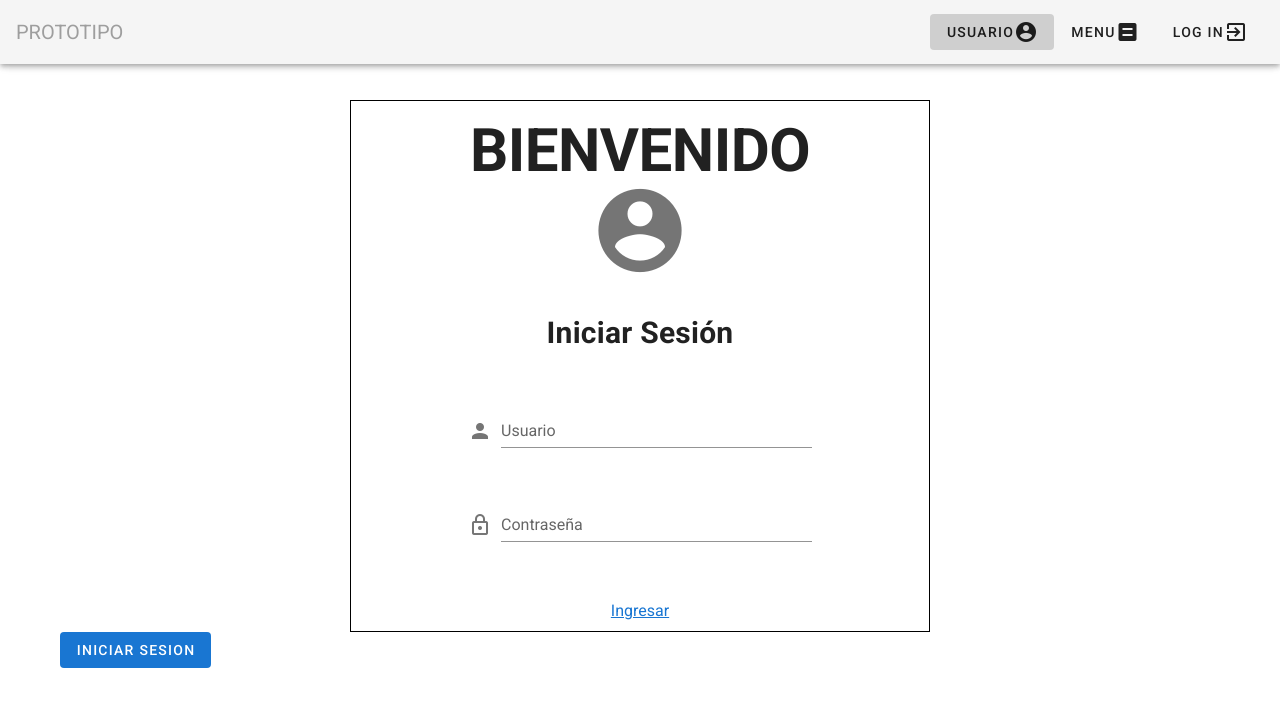
Repository: YojayDeHorta/Administrador-con-filtros
Page: /
An editor plug-in stored every save of this project. The page is shown before and after a run of saves, followed by the edit.
The browser window is 1280 px wide. The pictures show the whole page.
The project was rebuilt for these pictures with package versions that can differ from the ones it lists, and the page was loaded fresh each time. Also part of the build but not shown: vue.config.js, src/components/Login.vue, src/views/Options.vue, src/components/Filtro.vue, src/components/CrudClientes.vue, src/views/Filter.vue.

Above is the page before, as saved 2021-09-25 16:55:37.

### public/index.html
<!DOCTYPE html>
<html lang="en">

<head>
    <meta charset="utf-8">
    <meta http-equiv="X-UA-Compatible" content="IE=edge">
    <meta name="viewport" content="width=device-width,initial-scale=1.0">
    <link rel="icon" href="<%= BASE_URL %>favicon.ico">
    <title>
        <%= htmlWebpackPlugin.options.title %>
    </title>
    <link rel="stylesheet" href="https://fonts.googleapis.com/css?family=Roboto:100,300,400,500,700,900">
    <link rel="stylesheet" href="https://cdn.jsdelivr.net/npm/@mdi/font@latest/css/materialdesignicons.min.css">
</head>

<body>
    <noscript>
        <strong>We're sorry but
            <%= htmlWebpackPlugin.options.title %> doesn't work properly without JavaScript enabled. Please enable it to continue.</strong>
    </noscript>
    <div id="app"></div>
    <!-- built files will be auto injected -->
</body>

</html>

### src/main.js
import Vue from 'vue'
import App from './App.vue'
import router from './router'
import store from './store'
import vuetify from './plugins/vuetify'
import axios from 'axios'
import VueAxios from 'vue-axios'

Vue.use(VueAxios, axios)

//lenguaje

Vue.config.productionTip = false
/*
new Vue({
  router,
  store,
  vuetify,
  render: h => h(App)
}).$mount('#app')*/

new Vue({
  router,
  store,
  vuetify,
  render: h => h(App),
  /*created() {
    // Prevent blank screen in Electron builds
    this.$router.push('/')
  }*/
}).$mount('#app')

### src/App.vue
<template>
  <v-app>
    <Navbar :adminVerification="adminVerification" @escuchar="cambioAdmin"></Navbar>
  <v-main>
    <!-- <Crud :adminVerification="adminVerification" ></Crud> -->

      <router-view/>
  </v-main>
  </v-app>
</template>

<script>
import Navbar from './components/Navbar';
export default {
  name: 'App',
  components: {
    Navbar,

  },mounted() {
    this.adminLocal()
  },
  data: () => ({
    drawer:false,
    adminVerification:false
  }),
  methods: {
    cambioAdmin(value){
      console.log("valor del padre"+value);
      this.adminVerification=value;

    },
    adminLocal(){
      if (sessionStorage.getItem("Admin")!=null) {
          this.adminVerification=localStorage.getItem("Admin")
      }
    }
  }
};
</script>

### src/router/index.js
import Vue from 'vue'
import VueRouter from 'vue-router'
import Login from '../views/Login.vue'
import Options from '../views/Options.vue'
import Filter from '../views/Filter.vue'

Vue.use(VueRouter)

const routes = [
  {
    path: '/',
    name: 'Login',
    component: Login
  },
  {
    path: '/options',
    name: 'Options',
    component: Options
  },
  {
    path: '/filter',
    name: 'Filter',
      // route level code-splitting
    // this generates a separate chunk (about.[hash].js) for this route
    // which is lazy-loaded when the route is visited.
    component: Filter
  },
  {
    path: '/cruds',
    name: 'Cruds',
    component: () => import(/* webpackChunkName: "about" */ '../views/Cruds.vue')
  }
]

const router = new VueRouter({
  mode: 'history',
  base: process.env.BASE_URL,
  routes
})

export default router

### src/components/Navbar.vue
<template>
    <v-container>
        <!-- navbar para la app -->
        <v-app-bar app>
            <!-- <v-app-bar-nav-icon @click="drawer= !drawer"></v-app-bar-nav-icon> -->
            <v-btn @click="$router.go(-1)" v-if="isNotLogin" exact text class="gray">
                <v-icon>mdi-arrow-left-circle</v-icon>
                <!-- <span>Volver</span> -->
            </v-btn>
            <v-toolbar-title class="text-uppercase grey--text">
                Prototipo
            </v-toolbar-title>
            <v-spacer></v-spacer>
            <!-- <v-btn text class="success mr-5">ingreso</v-btn> -->
            <v-btn :to="{name: 'Login'}" exact text class="gray">
                <span>Usuario</span>
                <v-icon>mdi-account-circle</v-icon>
            </v-btn>
            <v-btn :to="{name: 'Options'}" exact text class="gray">
                <span>Menu</span>
                <v-icon>mdi-equal-box</v-icon>
            </v-btn>
            <v-btn text @click="dialogAdmin=true" v-if="!adminVerification" class="gray">
                <span>Log in</span>
                <v-icon>mdi-login-variant </v-icon>
            </v-btn>
            <v-btn text @click="logout()" v-else class="gray">
                <span>Log out</span>
                <v-icon>mdi-home-export-outline </v-icon>
            </v-btn>
            <v-btn text @click="logout()" v-else class="gray">
                <span>Log out</span>
                <v-icon>mdi-home-export-outline </v-icon>
            </v-btn>
        </v-app-bar>
        <v-navigation-drawer app v-model="drawer" temporary>
            <v-list-item>
                <v-list-item-content>
                    <v-list-item-title class="text-h6">
                        vuetify
                    </v-list-item-title>
                    <v-list-item-subtitle>
                        prueba de modulos con vue
                    </v-list-item-subtitle>
                </v-list-item-content>
            </v-list-item>
            <v-divider></v-divider>
            <v-list nav dense>
                <v-list-item-group active-class="deep-purple--text text--accent-4">
                    <v-list-item :to="{name: 'Cruds'}">
                        <v-list-item-icon>
                            <v-icon>mdi-file-table</v-icon>
                        </v-list-item-icon>
                        <v-list-item-title>Crud</v-list-item-title>
                    </v-list-item>
                </v-list-item-group>
            </v-list>
        </v-navigation-drawer>
        <!-- dialog administrador -->
        <v-dialog v-model="dialogAdmin" max-width="500px">
            <v-card>
                <v-form @submit.prevent="submitAdmin">
                    <v-card-title><span class="text-h5">Iniciar sesion</span></v-card-title>
                    <v-card-text>
                        <v-container>
                            <v-row>
                                <v-col cols="12">
                                    <v-text-field v-model="admin.user" label="Usuario"></v-text-field>
                                </v-col>
                            </v-row>
                            <v-row>
                                <v-col cols="12">
                                    <v-text-field type="password" v-model="admin.pass" label="Password"></v-text-field>
                                </v-col>
                            </v-row>
                        </v-container>
                    </v-card-text>
                    <v-card-actions>
                        <v-spacer></v-spacer>
                        <v-btn color="red darken-1" text @click="dialogAdmin=false"> Cancelar </v-btn>
                        <v-btn color="blue darken-1" type="submit" text> Guardar </v-btn>
                    </v-card-actions>
                </v-form>
            </v-card>
        </v-dialog>
        <!-- SNACKBAR PARA LOS MENSAJES -->
        <v-snackbar v-model="snackbar">
            {{ mensaje }}
            <v-btn color="error" class="ml-5" @click="snackbar = false">cerrar</v-btn>
        </v-snackbar>
    </v-container>
</template>
<script>
import axios from 'axios'
var url = "http://localhost:3000/api/admin"

export default {
    name: 'Navbar',
    props: {
        adminVerification: null
    },
    data() {
        return {
            drawer: false,
            //dialog y datos para el admin
            dialogAdmin: false,
            admin: {
                user: '',
                pass: ''
            },
            //codigo del snackbar para mensajes
            snackbar: false,
            mensaje: '',
        }
    },
    methods: {
        async submitAdmin() {
            let res = await axios.post(url, this.admin)
            if (res.data) {
                this.$emit('escuchar', true)
                sessionStorage.setItem("Admin", true);
                this.admin.user = ''
                this.admin.pass = ''
                this.dialogAdmin = false
                this.snackbar = true
                this.mensaje = 'login realizado correctamente'
            } else {
                this.snackbar = true,
                    this.mensaje = 'error - usuario o contraseña incorrecta'
            }
        },
        logout() {
            this.$emit('escuchar', false)
            sessionStorage.removeItem('Admin')
            this.snackbar = true
            this.mensaje = 'cerrado de sesion realizado correctamente'
        },
        //para el volver

    },
    computed: {
        hasHistory() {
            this.historial = window.history.length
            console.log(this.historial);

            if (this.historial > 2) {
                return this.historial
            }
            return this.historial
        },
        isNotLogin() {
            return this.$route.name !== 'Login'
        }
    }
}
</script>
<style>
.caminos {
    background: red;
}
</style>

### src/views/Login.vue
<template>
    <v-container>
        <Tabs></Tabs>
        <v-btn :to="{name: 'Options'}" exact text class="primary"><span>Iniciar sesion</span></v-btn>
    </v-container>
</template>
<script>
import Tabs from '../components/Tabs_Login.vue';
export default {
    name: 'Home',

    components: {
      Tabs
    },
}
</script>

### src/components/Tabs_Login.vue
<template>
    <div class="Marco text-center">
        <h1 class="Titulo text-center font-weight-bold text-h2 basil--text mt-5">
            BIENVENIDO<br>
            <v-icon class="Filtrar" style="font-size:100px">mdi-account-circle</v-icon>
        </h1>
        <section class="Marco-Login d-flex justify-center">
            <!--
            <v-card class="form-login" height="400px" style="width:400px">
            -->
            <v-form class="form-login text-center" @submit.prevent="submitAdmin">
                <v-card-title class="title d-flex justify-center" align="center">
                    <h2 style="width:200px" class="Titulo text-center mt-5">Iniciar Sesión</h2>
                </v-card-title>
                <v-card-text>
                    <v-container>
                        <br>
                        <v-row>
                            <v-col cols="12">
                                <v-text-field prepend-icon="mdi-account" label="Usuario"></v-text-field>
                            </v-col>
                        </v-row>
                        <v-row>
                            <v-col cols="12">
                                <v-text-field type="password" prepend-icon="mdi-lock-outline" label="Contraseña">
                                </v-text-field>
                            </v-col>
                        </v-row>
                    </v-container>
                </v-card-text>
                <v-card-actions class="d-flex justify-center">
                    <!--
                                         <v-btn x-large color="primary" type="submit"> Ingresar </v-btn>
                                    -->

                    <router-link to="/options">Ingresar</router-link>



                </v-card-actions>
            </v-form>
            <!--
            </v-card>
        -->
        </section>

    </div>
</template>
<style>
    .title-item.active {
        color: black;
    }

    .Titulo {
        /*border: 5px solid red;*/
        margin: auto;
        width: 100%;
    }

    .Marco {
        border: 1px solid black;
        width: 50%;
        margin: auto;
        /*background-color: grey;*/
    }

    .form-login {
        /*border: 5px solid red;*/
        width: 400px;
    }


    .Marco-Login {
       /* border: 4px solid yellow;*/
        margin: auto;
    }



    .Elemento-Tab {
        /*border: 5px solid yellow;*/
        margin: auto;
        width: 30%;
    }

    /*
.elemento{
    border: 5px solid red;
    margin: auto;
    width: 30%;
}

/*
.Elemento-Tab{
    border: 5px solid yellow;
}*/
</style>
<script>
    import Login from '../components/Login.vue';

    //import Sign from '../components/Registro.vue';
    export default {
        components: {
            Login,

        },
        data() {
            return {
                //tab: null,
                //num: 2,
                //items: [
                  //  'Inicio Sesion', 'Registro'
                //]
            }
        }
    }
</script>

Loaded but not shown: src/store/index.js (common file); src/plugins/vuetify.js (common file)

After the next 5 saves:
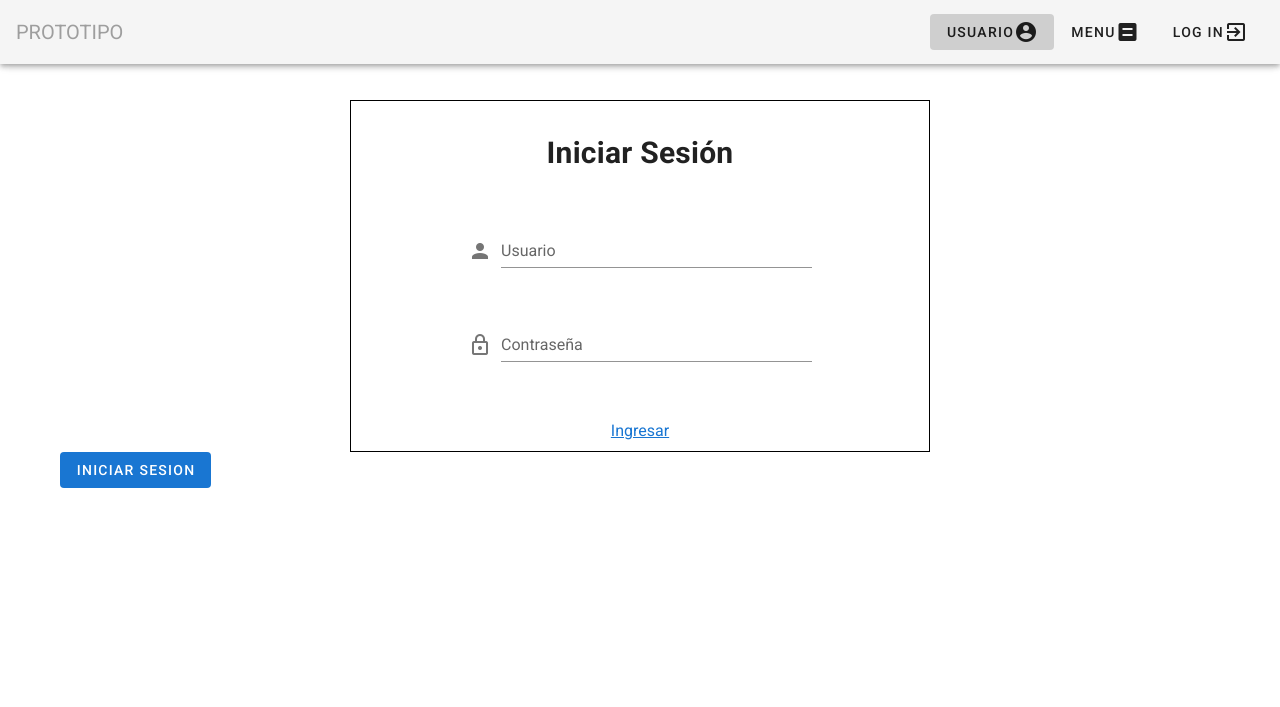
The 5 saves are shown as one change because they came seconds apart.
The last was saved 61 s later.
--- a/src/components/Tabs_Login.vue
+++ b/src/components/Tabs_Login.vue
@@ -1,9 +1,11 @@
 <template>
     <div class="Marco text-center">
+        <!---
         <h1 class="Titulo text-center font-weight-bold text-h2 basil--text mt-5">
             BIENVENIDO<br>
             <v-icon class="Filtrar" style="font-size:100px">mdi-account-circle</v-icon>
         </h1>
+    -->
         <section class="Marco-Login d-flex justify-center">
             <!--
             <v-card class="form-login" height="400px" style="width:400px">
